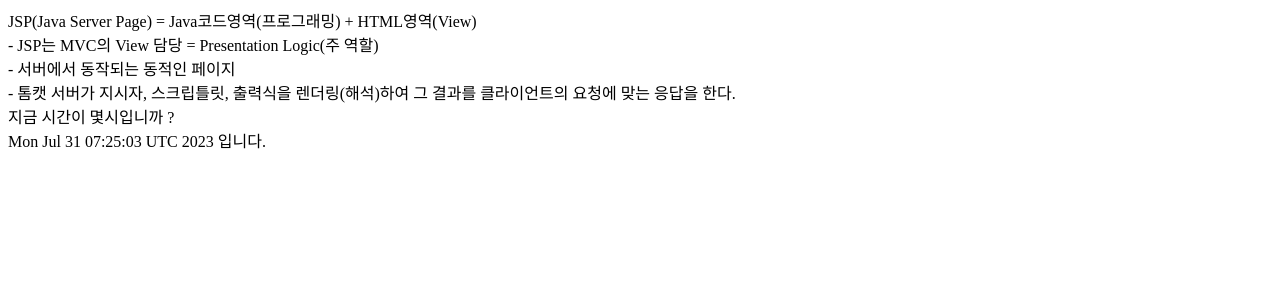
Repository: ainokks071/ServletJSP
Page: http://localhost/WEB/time.jsp
The author's editor kept a copy of each file at every save. The page is drawn from the files as they stood at one save, then again after the next save.
The browser window is 1280 px wide. The pictures show the whole page.
The page is served by Tomcat 9.

Above is the page before, as saved 2023-08-01 08:14:10.

After the next save:
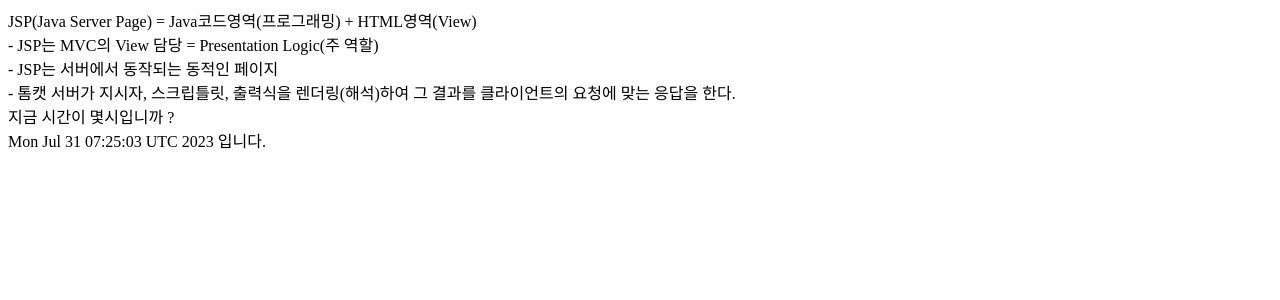
Saved 6 s later.
--- a/WEB/webapp/time.jsp
+++ b/WEB/webapp/time.jsp
@@ -18,7 +18,7 @@
 <body>
 JSP(Java Server Page) = Java코드영역(프로그래밍) + HTML영역(View) <br>
 - JSP는 MVC의 View 담당 = Presentation Logic(주 역할)<br>
-- 서버에서 동작되는 동적인 페이지<br>
+- JSP는 서버에서 동작되는 동적인 페이지<br>
 - 톰캣 서버가 지시자, 스크립틀릿, 출력식을 렌더링(해석)하여 그 결과를 클라이언트의 요청에 맞는 응답을 한다.<br>
 
 지금 시간이 몇시입니까 ? <br>
